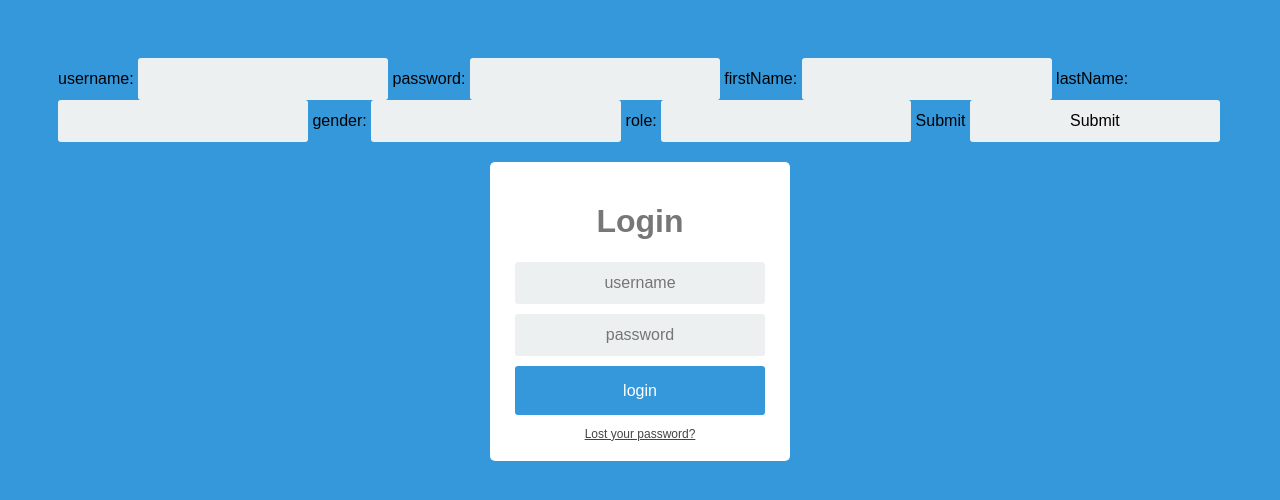
Repository: ash-the-reaper/TaxiRoot
Page: UI/WebContent/dashboard.html
The author's editor kept a copy of each file at every save. The page is drawn from the files as they stood at one save, then again after the next save.
The browser window is 1280 px wide. The pictures show the whole page.

Above is the page before, as saved 2017-03-14 07:40:02.
Console error: ReferenceError: CONTEXT_PATH is not defined

### UI/WebContent/dashboard.html
<!DOCTYPE html>
<html>
<head lang="en">
	<meta charset="UTF-8">
	<meta http-equiv="pragma" content="no-cache">
	<meta http-equiv="cache-control" content="no-cache">

	<script src="js/angular.min.js"></script>
	<script id="script" src="js/login.js"></script>

	<link rel="stylesheet" type="text/css" href="css/style.css">

	<title>Login Form</title>

</head>
<body ng-app="ngApp" ng-controller="ngCtrl">

<form ng-submit="submit()">

	username: <input type ="text" ng-model = "account.email">

	password: <input type ="text" ng-model = "account.password">

	firstName: <input type ="text"  ng-model = "account.firstName">

	lastName: <input type ="text"  ng-model = "account.lastName">

	gender: <input type ="text" ng-model = "account.gender">

	role: <input type ="text" ng-model = "account.role">

	Submit <input type="submit">

</form>

</body>


<body ng-app="ngApp" ng-controller="ngCtrl">
	<div class="login" >
		<div class="login-screen">
			<div class="app-title">
				<h1>Login</h1>
			</div>

			<form ng-submit="submit()">
				<div class="login-form">
					<div class="control-group">
					<input type="text" class="login-field" value="" placeholder="username" id="login-name" ng-model = "account.email">
					<label class="login-field-icon fui-user" for="login-name"></label>
					</div>

					<div class="control-group">
					<input type="password" class="login-field" value="" placeholder="password" id="login-pass" ng-model = "account.password">
					<label class="login-field-icon fui-lock" for="login-pass"></label>
					</div>

					<a class="btn btn-primary btn-large btn-block" href="#">login</a>
					<a class="login-link" href="#">Lost your password?</a>
				</div>
			</form>
		</div>
	</div>
</body>


</html>

### UI/WebContent/js/login.js
var checkLogin = CONTEXT_PATH+ "account/checkLogin";

var app = angular.module("ngApp", []);
app.controller("ngCtrl", function($scope,$http,$window) {
    $scope.submit = function () {
        $http.post(checkLogin, $scope.account).success(function (response) {
			if (response == true) {
				$window.location.href = '/dashboard.html';
	 		}
			else{
				alert("Wrong username or password");
			}
		});
    }
});

Loaded but not shown: UI/WebContent/js/angular.min.js (library); UI/WebContent/CSS/style.css (common file)

After the next save:
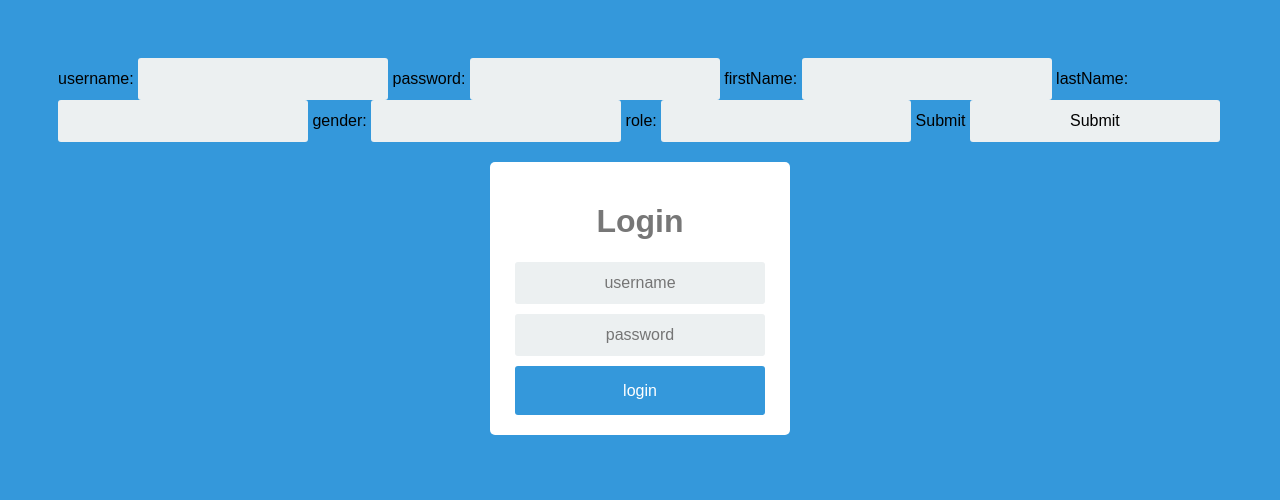
Saved 17 s later.
--- a/UI/WebContent/dashboard.html
+++ b/UI/WebContent/dashboard.html
@@ -56,7 +56,6 @@
 					</div>
 
 					<a class="btn btn-primary btn-large btn-block" href="#">login</a>
-					<a class="login-link" href="#">Lost your password?</a>
 				</div>
 			</form>
 		</div>
